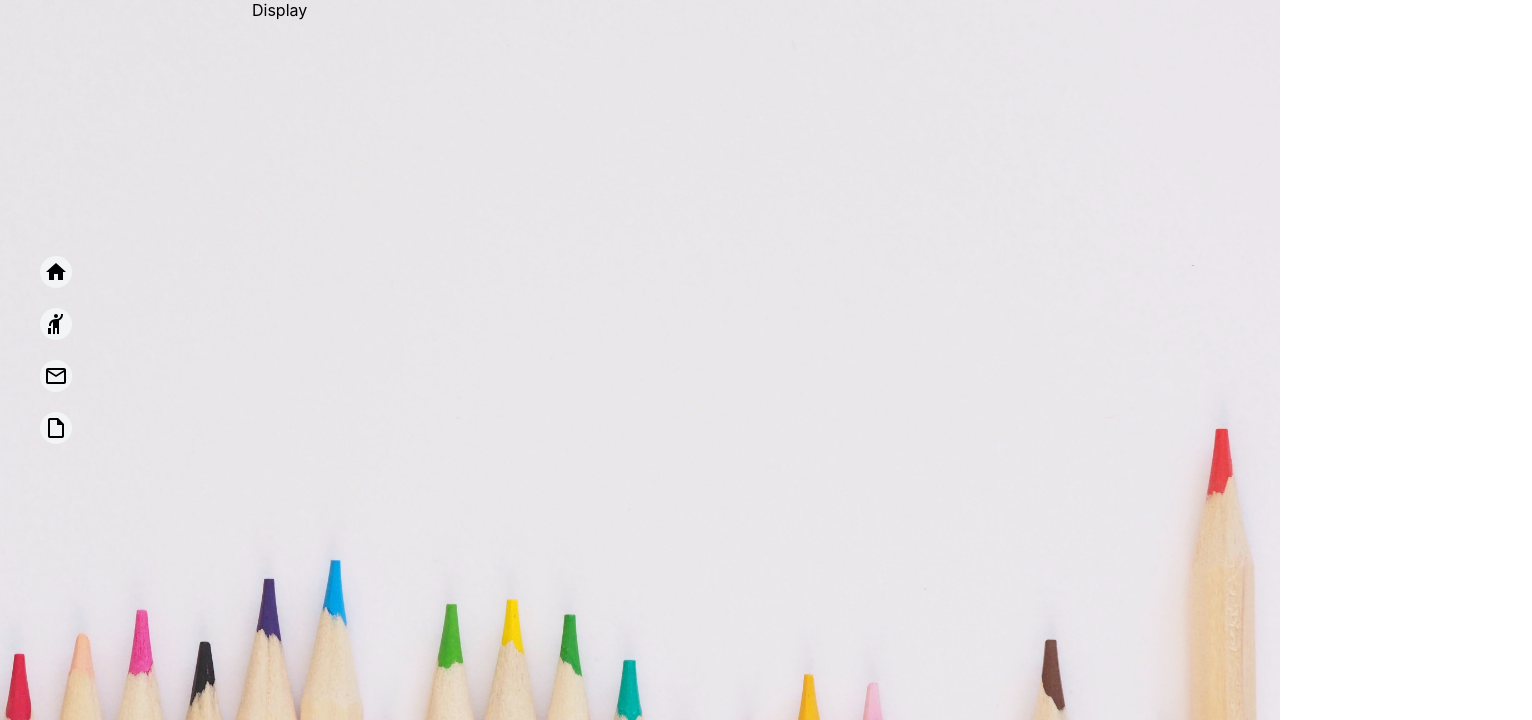
Repository: ujjawalmittal55/portfolio1
Page: /
An editor plug-in stored every save of this project. The page is shown before and after the next save, followed by the edit.
The browser window is 1280 px wide. The page is 1280 px wide, then 1532 px, so the pictures cover 1532 px, including what lies to the right of the window. The pictures show the whole page.
The project was rebuilt for these pictures with package versions that can differ from the ones it lists, and the page was loaded fresh each time.

Above is the page before, as saved 2022-05-04 22:21:03.

After the next save:
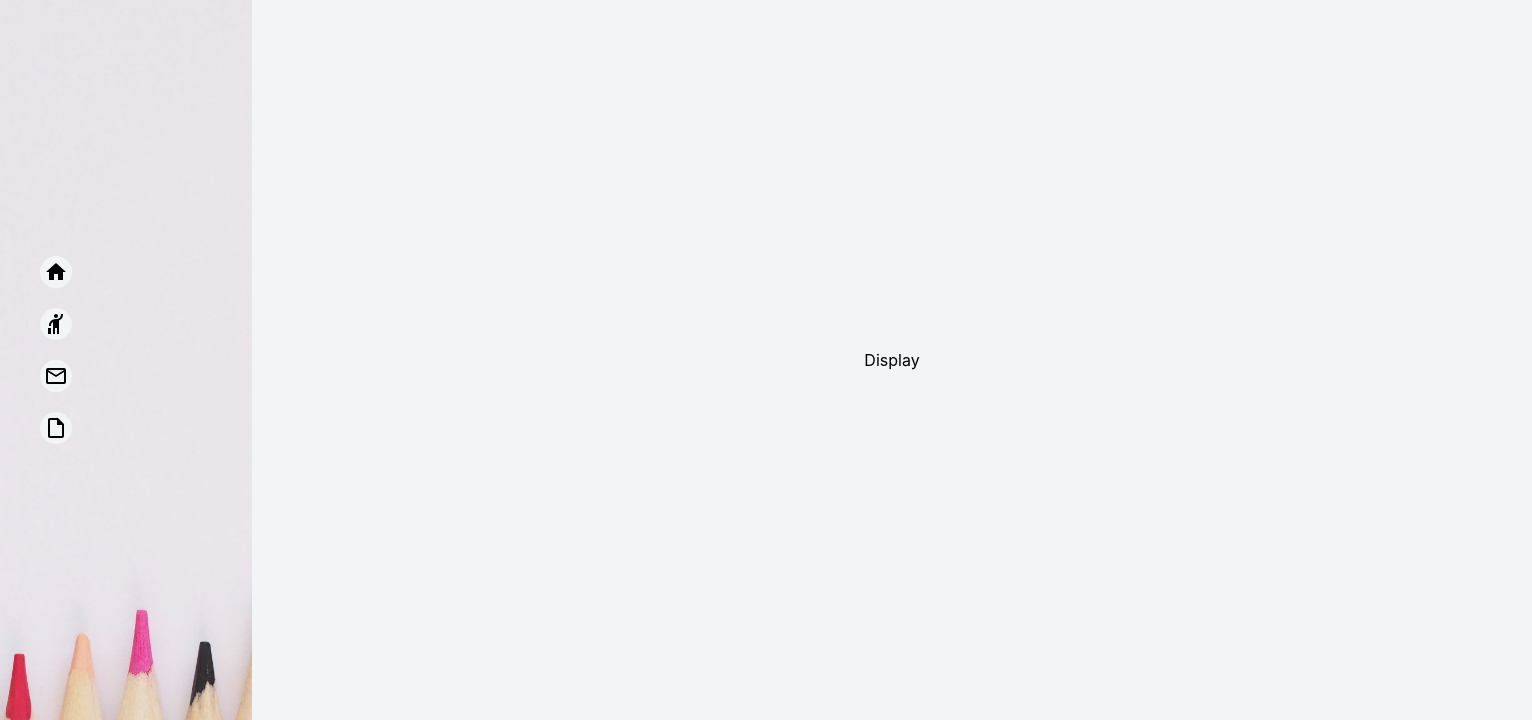
Saved 13 s later.
--- a/src/Display.tsx
+++ b/src/Display.tsx
@@ -1,5 +1,5 @@
 import React from 'react'
-
+import './display.css'
 function Display() {
   return (
     <div className="display">Display</div>
